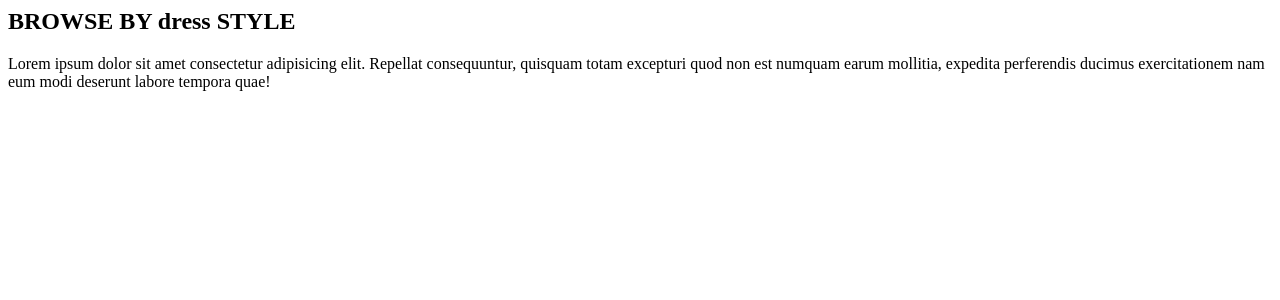
Repository: jekakoba/shop-co
Page: src/html/components/browse/_browse.html
An editor plug-in stored every save of this project. The page is shown before and after the next save, followed by the edit.
The browser window is 1280 px wide. The pictures show the whole page.

Above is the page before, as saved 2025-03-05 13:22:16.

After the next save:
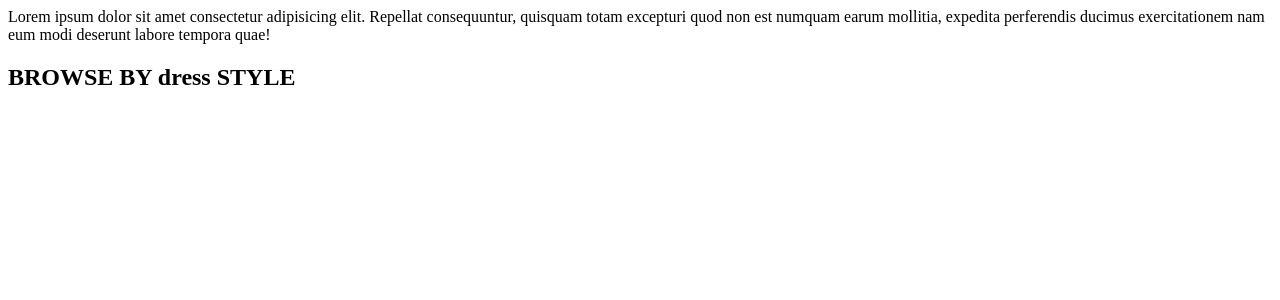
Saved 8 s later.
--- a/src/html/components/browse/_browse.html
+++ b/src/html/components/browse/_browse.html
@@ -1,9 +1,9 @@
 <section class="py-20">
 	<div class="container">
 		<div class="py-[76px] px-16 bg-c-gray rounded-primary">
+
+			<p>Lorem ipsum dolor sit amet consectetur adipisicing elit. Repellat consequuntur, quisquam totam excepturi quod non est numquam earum mollitia, expedita perferendis ducimus exercitationem nam eum modi deserunt labore tempora quae!</p>
 			<h2 class="text-center px-16 not-last:mb-16 font-bold font-f-secondary leading-none text-5xl">BROWSE BY dress STYLE</h2>
-			<p>Lorem ipsum dolor sit amet consectetur adipisicing elit. Repellat consequuntur, quisquam totam excepturi quod non est numquam earum mollitia, expedita perferendis ducimus exercitationem nam eum modi deserunt labore tempora quae!</p>
-
 		</div>
 	</div>
 </section>

After the save that followed:
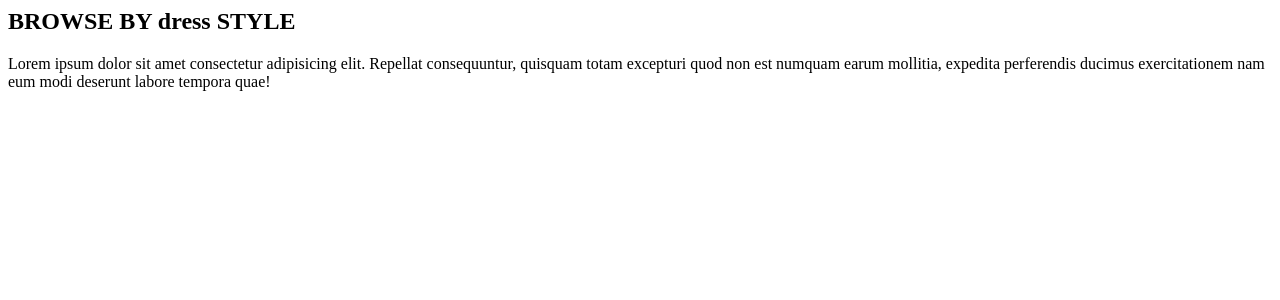
Saved 11 s later.
--- a/src/html/components/browse/_browse.html
+++ b/src/html/components/browse/_browse.html
@@ -1,9 +1,9 @@
 <section class="py-20">
 	<div class="container">
 		<div class="py-[76px] px-16 bg-c-gray rounded-primary">
+			<h2 class="text-center px-16 not-last:mb-16 font-bold font-f-secondary leading-none text-5xl">BROWSE BY dress STYLE</h2>
+			<p>Lorem ipsum dolor sit amet consectetur adipisicing elit. Repellat consequuntur, quisquam totam excepturi quod non est numquam earum mollitia, expedita perferendis ducimus exercitationem nam eum modi deserunt labore tempora quae!</p>
 
-			<p>Lorem ipsum dolor sit amet consectetur adipisicing elit. Repellat consequuntur, quisquam totam excepturi quod non est numquam earum mollitia, expedita perferendis ducimus exercitationem nam eum modi deserunt labore tempora quae!</p>
-			<h2 class="text-center px-16 not-last:mb-16 font-bold font-f-secondary leading-none text-5xl">BROWSE BY dress STYLE</h2>
 		</div>
 	</div>
 </section>
